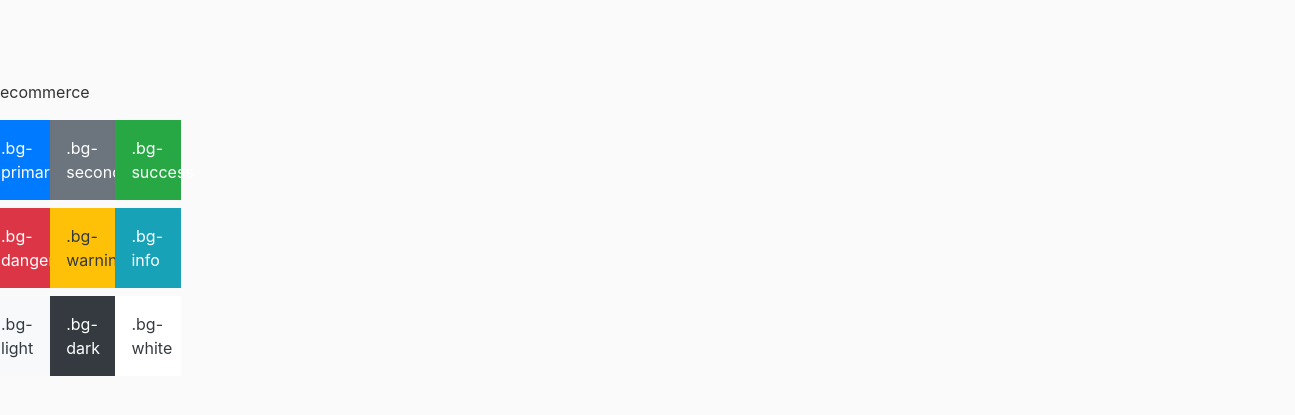
Repository: khanhdk0000/first_proj
Page: http://localhost/about?my_var=ecommerce
An editor plug-in stored every save of this project. The page is shown before and after a run of saves, followed by the edit.
The browser window is 1280 px wide. The page is 1280 px wide, then 1295 px, so the pictures cover 1295 px, including what lies to the right of the window. The pictures show the whole page.
Some web libraries are served in a nearby version. The page is served by the project's application, run on Flask 3 (flaskblog.py).

Above is the page before, as saved 2021-05-25 11:54:15.

After the next 2 saves:
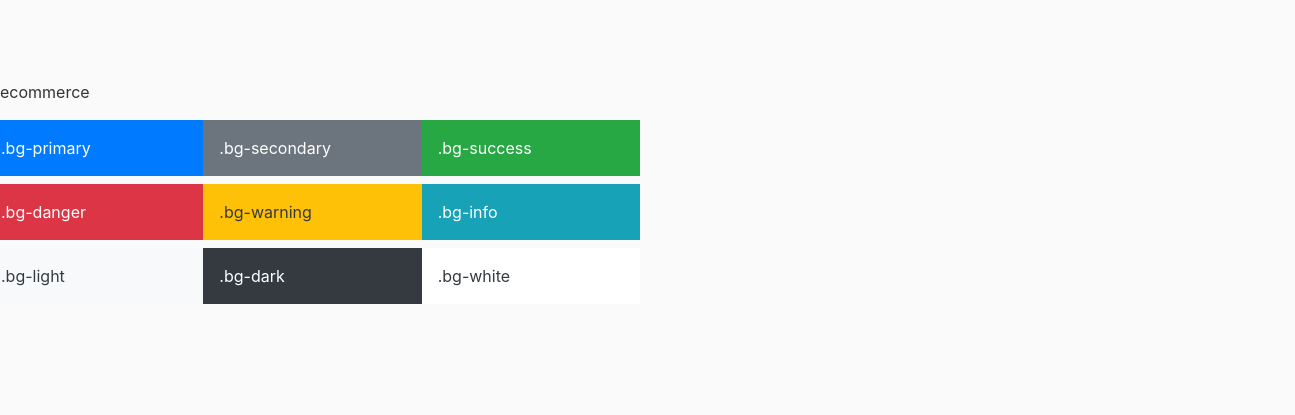
The 2 saves are shown as one change because they came seconds apart.
The last was saved 7 s later.
--- a/static/main.css
+++ b/static/main.css
@@ -90,8 +90,8 @@ body {
   }
 
   .flex-center {
-    display: flex;
-    /* justify-content: center; */
+    /* display: flex; */
+    justify-content: center;
     /* align-items: center; */
 
   }
